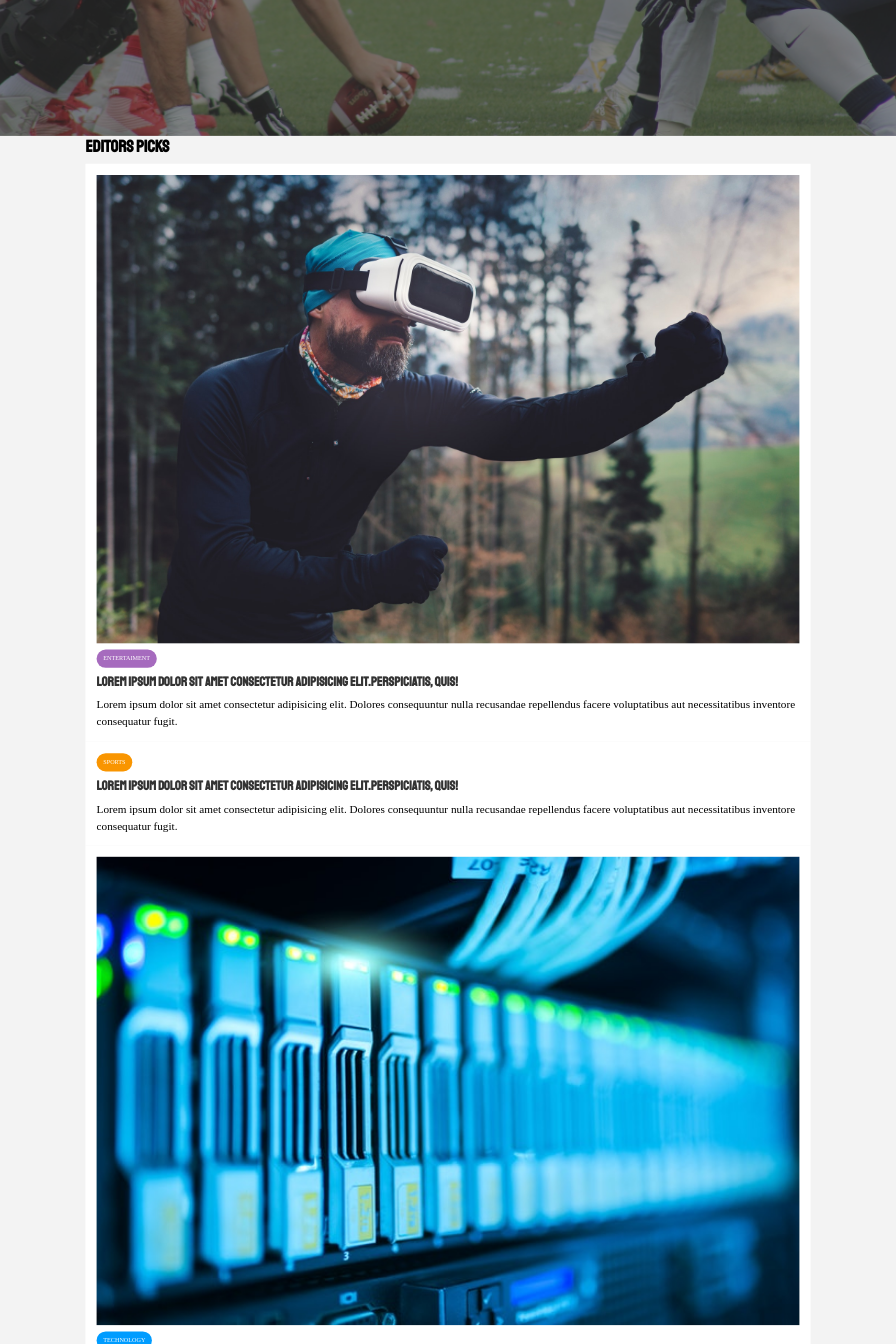
Repository: minhtien9/newsgrid
Page: index.html
These files come from the project's save history. The page is drawn as it stood at one moment and after the next save; the edit follows.
The browser window is 1280 px wide. The pictures show the part of the page from y = 520 to 2440 px (the page is 4499 px tall before and 2064 px after), at 70% of full size.
Some web libraries are served in a nearby version.

Above is the page before, as saved 2021-08-25 21:34:58.

### index.html
<!DOCTYPE html>
<html lang="en">

<head>
    <meta charset="UTF-8" />
    <meta name="viewport" content="width=device-width, initial-scale=1.0" />
    <meta http-equiv="X-UA-Compatible" content="ie=edge" />
    <link rel="stylesheet" href="https://use.fontawesome.com/releases/v5.6.3/css/all.css" integrity="sha384-UHRtZLI+pbxtHCWp1t77Bi1L4ZtiqrqD80Kn4Z8NTSRyMA2Fd33n5dQ8lWUE00s/" crossorigin="anonymous" />
    <link href="https://fonts.googleapis.com/css2?family=Lato&family=Staatliches&display=swap" rel="stylesheet" />
    <link rel="stylesheet" href="css/style.css" />
    <link rel="stylesheet" media="screen and (max-width: 768px)" href="css/mobile.css" />
    <link rel="shortcut icon" type="image/x-icon" href="favicon.ico" />
    <title>NewsGrid | Latest News</title>
</head>

<body>
    <nav id="main-nav">
        <div class="container">
            <img src="img/logo.png" alt="NewsGrid" class="logo" />
            <div class="social">
                <a href="http://facebook.com" target="_blank"><i class="fab fa-facebook fa-2x"></i
          ></a>
                <a href="http://twitter.com" target="_blank"><i class="fab fa-twitter fa-2x"></i
          ></a>
                <a href="http://instagram.com" target="_blank"><i class="fab fa-instagram fa-2x"></i
          ></a>
                <a href="http://youtube.com" target="_blank"><i class="fab fa-youtube fa-2x"></i
          ></a>
            </div>
            <ul>
                <li><a class="current" href="index.html">Index</a></li>
                <li><a href="about.html">About</a></li>
            </ul>
        </div>
    </nav>

    <!-- Showcase -->
    <header id="showcase">
        <div class="container">
            <div class="showcase-container">
                <div class="showcase-content">
                    <div class="categogy catogory-sports">Sports</div>
                    <h1>Some Sports Article</h1>
                    <p>
                        Lorem ipsum dolor sit amet consectetur adipisicing elit. Quod, officiis eligendi veritatis corporis provident quae? Repudiandae non odit, velit voluptatem repellat itaque maxime nihil temporibus similique sequi odio nostrum corrupti.
                    </p>
                    <a href="article.html" class="btn btn-primar">Read More</a>
                </div>
            </div>
        </div>
    </header>
    <!-- Home Articles -->
    <section id="home-articles" class="py-2">
        <div class="container">
            <h2>Editors Picks</h2>
            <div class="articles-container">
                <article class="card">
                    <img src="img/articles/ent1.jpg" alt="" />
                    <div>
                        <div class="category category-ent">Entertaiment</div>
                        <h3>
                            <a href="article.html">Lorem ipsum dolor sit amet consectetur adipisicing
                  elit.Perspiciatis, quis!</a
                >
              </h3>
              <p>
                Lorem ipsum dolor sit amet consectetur adipisicing elit. Dolores
                consequuntur nulla recusandae repellendus facere voluptatibus
                aut necessitatibus inventore consequatur fugit.
              </p>
            </div>
          </article>
          <article class="card">
            <div class="category category-sports">Sports</div>
            <h3>
              <a href="article.html"
                >Lorem ipsum dolor sit amet consectetur adipisicing
                elit.Perspiciatis, quis!</a
              >
            </h3>
            <p>
              Lorem ipsum dolor sit amet consectetur adipisicing elit. Dolores
              consequuntur nulla recusandae repellendus facere voluptatibus aut
              necessitatibus inventore consequatur fugit.
            </p>
          </article>
          <article class="card">
            <img src="img/articles/tech1.jpg" alt="" />
            <div class="category category-tech">Technology</div>
            <h3>
              <a href="article.html"
                >Lorem ipsum dolor sit amet consectetur adipisicing
                elit.Perspiciatis, quis!</a
              >
            </h3>
            <p>
              Lorem ipsum dolor sit amet consectetur adipisicing elit. Dolores
              consequuntur nulla recusandae repellendus facere voluptatibus aut
              necessitatibus inventore consequatur fugit.
            </p>
          </article>
          <article class="card">
            <div class="category category-sports">Sports</div>
            <h3>
              <a href="article.html"
                >Lorem ipsum dolor sit amet consectetur adipisicing
                elit.Perspiciatis, quis!</a
              >
            </h3>
            <p>
              Lorem ipsum dolor sit amet consectetur adipisicing elit. Dolores
              consequuntur nulla recusandae repellendus facere voluptatibus aut
              necessitatibus inventore consequatur fugit.
            </p>
          </article>
          <article class="card">
            <img src="img/articles/tech2.jpg" alt="" />
            <div class="category category-tech">Technology</div>
            <h3>
              <a href="article.html"
                >Lorem ipsum dolor sit amet consectetur adipisicing
                elit.Perspiciatis, quis!</a
              >
            </h3>
            <p>
              Lorem ipsum dolor sit amet consectetur adipisicing elit. Dolores
              consequuntur nulla recusandae repellendus facere voluptatibus aut
              necessitatibus inventore consequatur fugit.
            </p>
          </article>
          <article class="card">
            <div class="category category-sports">Sports</div>
            <h3>
              <a href="article.html"
                >Lorem ipsum dolor sit amet consectetur adipisicing
                elit.Perspiciatis, quis!</a
              >
            </h3>
            <p>
              Lorem ipsum dolor sit amet consectetur adipisicing elit. Dolores
              consequuntur nulla recusandae repellendus facere voluptatibus aut
              necessitatibus inventore consequatur fugit.
            </p>
          </article>
          <article class="card">
            <div>
              <div class="category category-ent">Entertaiment</div>
              <h3>
                <a href="article.html"
                  >Lorem ipsum dolor sit amet consectetur adipisicing
                  elit.Perspiciatis, quis!</a
                >
              </h3>
              <p>
                Lorem ipsum dolor sit amet consectetur adipisicing elit. Dolores
                consequuntur nulla recusandae repellendus facere voluptatibus
                aut necessitatibus inventore consequatur fugit.
              </p>
            </div>
            <img src="img/articles/ent1.jpg" alt="" />
          </article>
        </div>
      </div>
    </section>
  </body>
</html>

### css/style.css
:root {
    --primary-color: #c72727;
    --secondary-color: #f99500;
    --light-color: #f3f3f3;
    --dark-color: #333;
    --max-width: 1100px;
}

.category {
    --sports-color: #f99500;
    --ent-color: #a66bbe;
    --tech-color: #009cff;
}

* {
    margin: 0;
    padding: 0;
    box-sizing: border-box;
}

body {
    font-family: 'Lato' sans-serif;
    line-height: 1.5;
    background: var(--light-color);
}

a {
    color: #333;
    text-decoration: none;
}

ul {
    list-style: none;
}

img {
    width: 100%;
}

h1,
h2,
h3,
h4,
h5,
h6 {
    font-family: 'Staatliches', cursive;
    margin-bottom: 0.55rem;
    line-height: 1.3;
}


/* Utility */

.container {
    max-width: var(--max-width);
    margin: auto;
    padding: 0 2rem;
    overflow: hidden;
}

.category {
    display: inline-block;
    color: #fff;
    font-size: 0.55rem;
    text-transform: uppercase;
    padding: 0.4rem 0.6rem;
    border-radius: 15px;
    margin-bottom: 0.5rem;
}

.category-sports {
    background: var(--sports-color);
}

.category-ent {
    background: var(--ent-color);
}

.category-tech {
    background: var(--tech-color);
}

.btn {
    display: inline-block;
    border: none;
    background: var(--dark-color);
    color: #fff;
    padding: 0.5rem;
}

.btn:hover {
    opacity: 0.9;
}

.card {
    background: #fff;
    padding: 1rem;
}


/* Navigation */

#main-nav {
    background: #fff;
    position: sticky;
    top: 0;
    z-index: 2;
}

#main-nav .container {
    display: grid;
    grid-template-columns: 6fr 3fr 2fr;
    padding: 1rem;
    align-items: center;
}

#main-nav .logo {
    width: 180px;
}

#main-nav ul {
    justify-self: end;
    display: flex;
}

#main-nav ul li a {
    padding: 0.75rem;
    font-weight: bold;
}

#main-nav ul li a.current {
    background: var(--primary-color);
    color: #fff;
}

#main-nav ul li a:hover {
    background: var(--light-color);
    color: var(--dark-color);
}

#main-nav .social {
    justify-self: center;
}

#main-nav .social i {
    color: #777;
    margin-right: 0.5rem;
}


/* Showcase */

#showcase {
    color: #fff;
    background: #333;
    padding: 2rem;
    position: relative;
}

#showcase:before {
    content: '';
    background: url('../img/featured.jpg') no-repeat center center/cover;
    position: absolute;
    top: 0;
    left: 0;
    width: 100%;
    height: 100%;
    opacity: 0.4;
}

#showcase .showcase-container {
    display: grid;
    grid-template-columns: repeat(2, 1fr);
    justify-content: center;
    align-items: center;
    height: 80vh;
}

#showcase .showcase-content {
    z-index: 1;
}

#showcase .showcase-content p {
    margin-bottom: 1rem;
}


/* Home Article */

Loaded but not shown: css/mobile.css (no stored copy; drawn as an empty file)

After the next save:
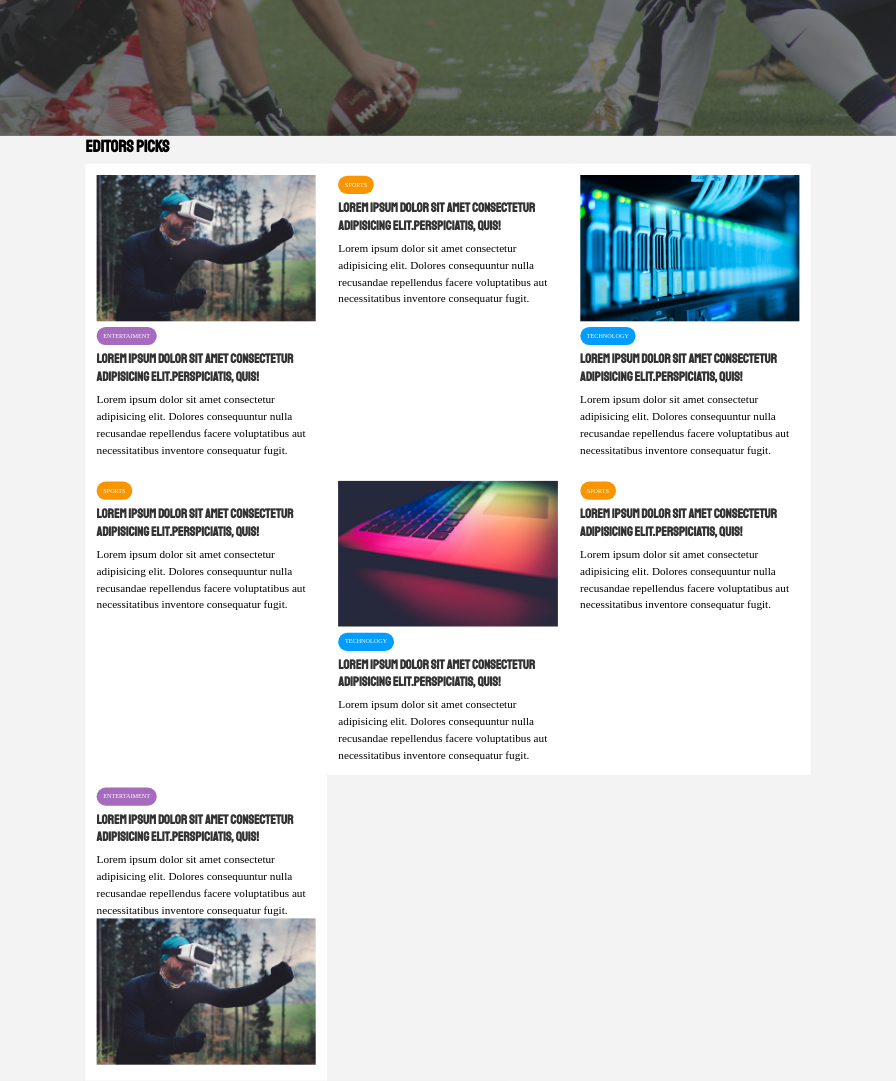
Saved 39 s later.
--- a/css/style.css
+++ b/css/style.css
@@ -185,4 +185,9 @@ h6 {
 }
 
 
-/* Home Article */
+/* Home Articles */
+
+#home-articles .articles-container {
+    display: grid;
+    grid-template-columns: repeat(3, 1fr);
+}
